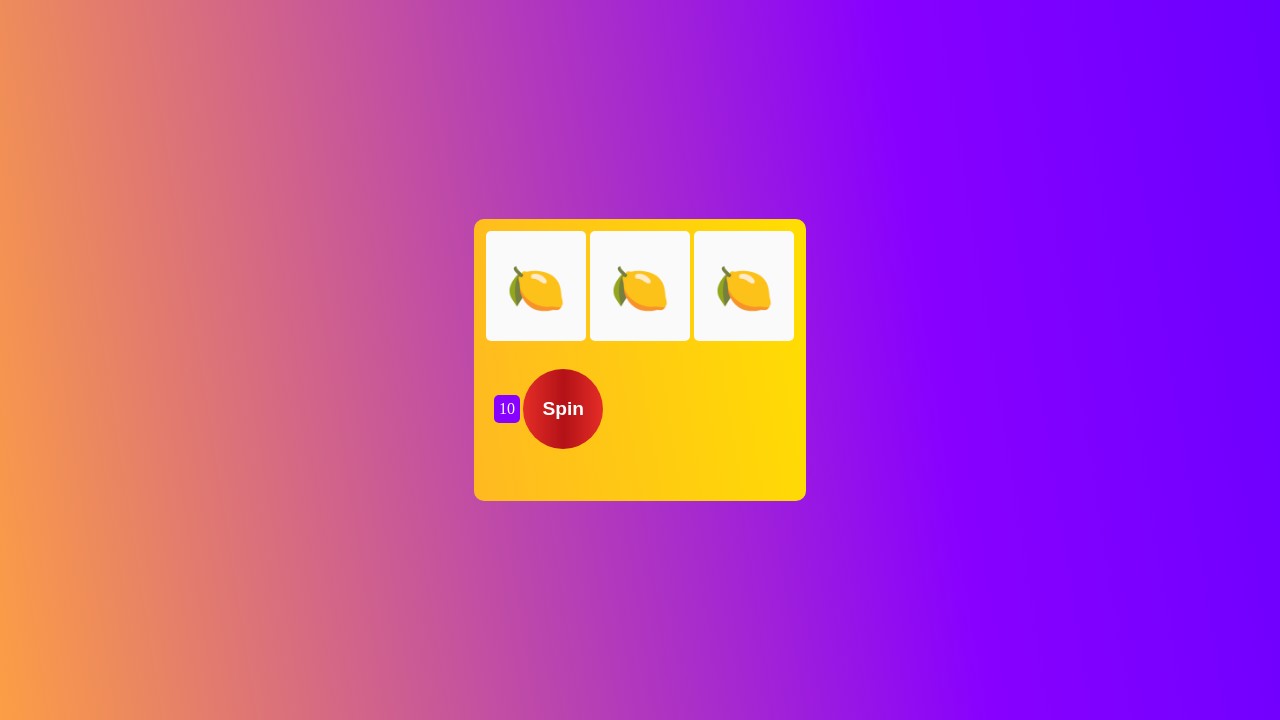
Repository: HERBOD7/slotmachine
Page: /
These files come from the project's save history. The page is drawn as it stood at one moment and after the next save; the edit follows.
The browser window is 1280 px wide. The pictures show the whole page.
The project was rebuilt for these pictures with package versions that can differ from the ones it lists, and the page was loaded fresh each time. Also part of the build but not shown: vue.config.js.

Above is the page before, as saved 2023-07-23 12:19:53.

After the next save:
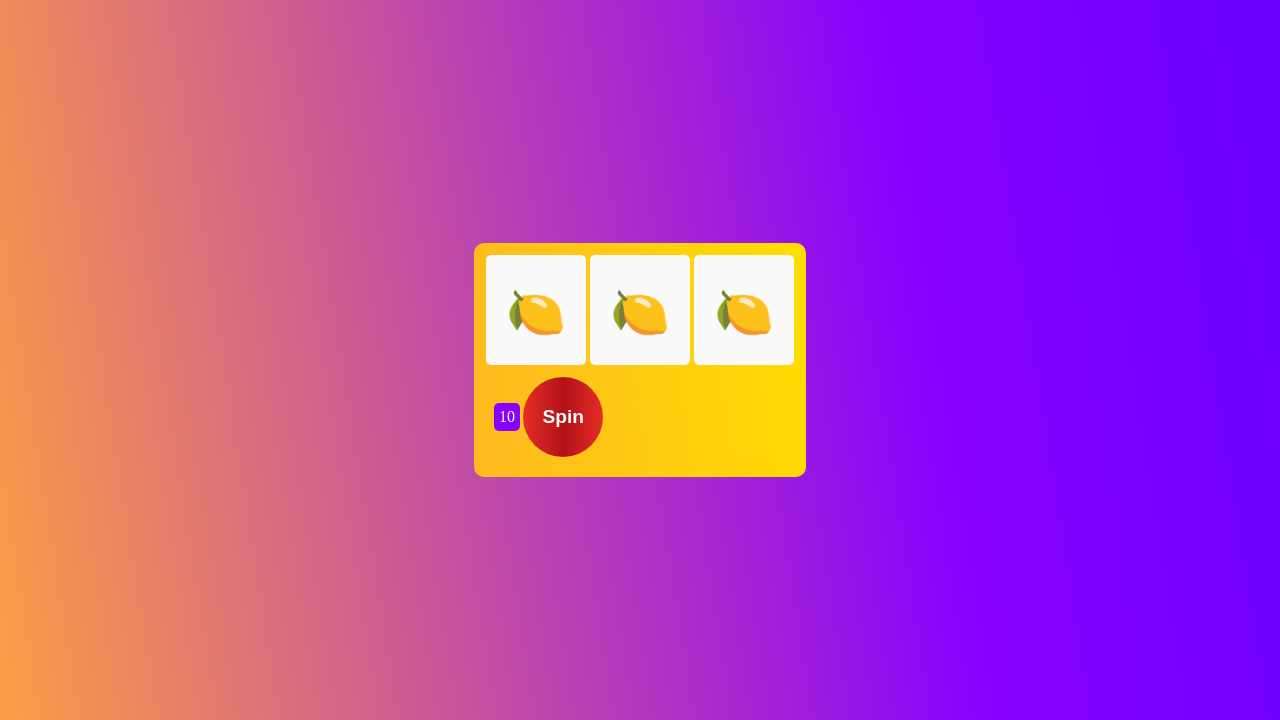
Saved 8 s later.
--- a/src/App.vue
+++ b/src/App.vue
@@ -118,7 +118,6 @@ body {
 }
 
 .buttons {
-  margin: 1rem 0 2rem 0;
   display: flex;
   align-items: center;
   padding: 10px;
